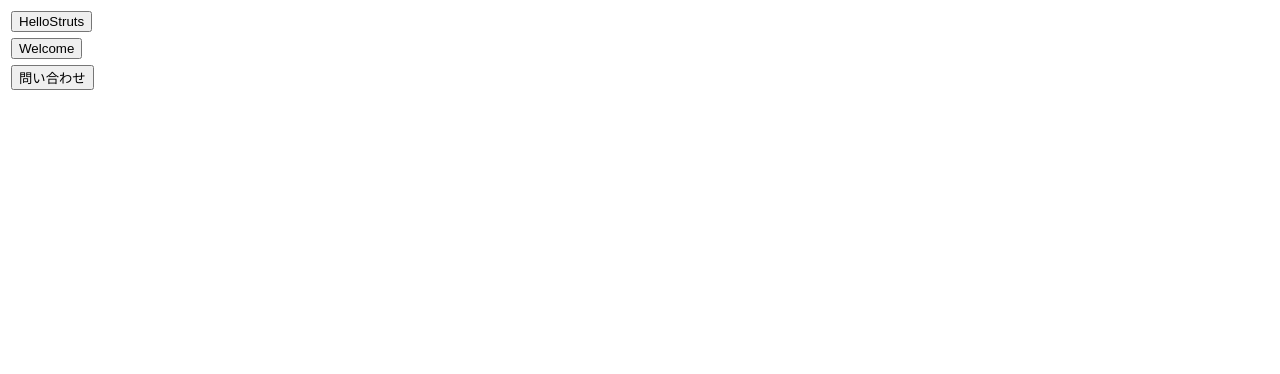
Repository: kazuki000/test
Page: http://localhost/Webproj2/
The author's editor kept a copy of each file at every save. The page is drawn from the files as they stood at one save, then again after a run of saves.
The browser window is 1280 px wide. The pictures show the whole page.
The page is served by Tomcat 9.

Above is the page before, as saved 2019-03-19 17:28:35.

After the next 2 saves:
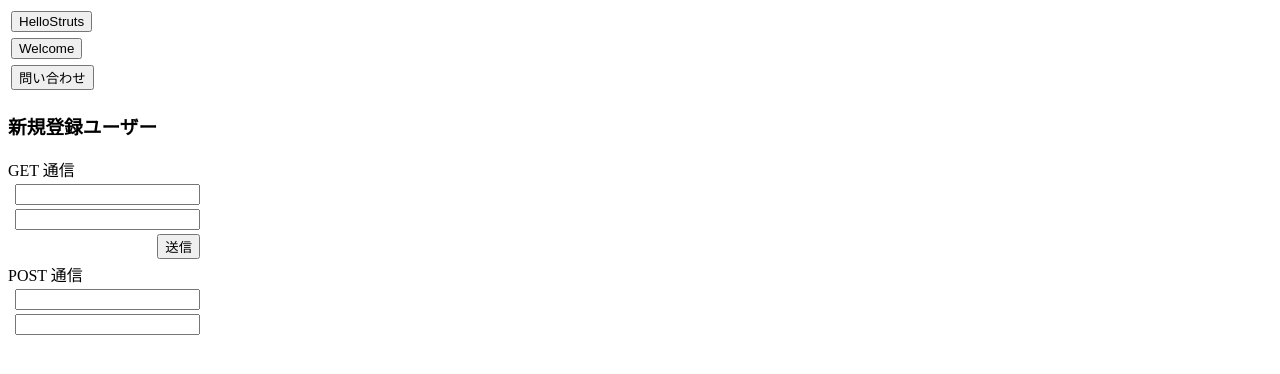
The 2 saves are shown as one change because 1 did not build or start.
The last was saved 24 min 18 s later.
--- a/Webproj2/WebContent/index.jsp
+++ b/Webproj2/WebContent/index.jsp
@@ -21,6 +21,21 @@
   <s:submit value="問い合わせ"/>
  </s:form>
 
+ <h3>新規登録ユーザー</h3>
+ GET 通信
+ <s:form method="get" action="TestAction">
+ <s:textfield name="username"/>
+ <s:password name="password"/>
+ <s:submit value="送信"/>
+ </s:form>
+ POST 通信
+ <s:form method="post" action="TestAction">
+ <s:textfield name="username"/>
+ <s:password name="password"/>
+ <s;submit value="送信"/>
+ </s:form>
+
+
 
 
 
